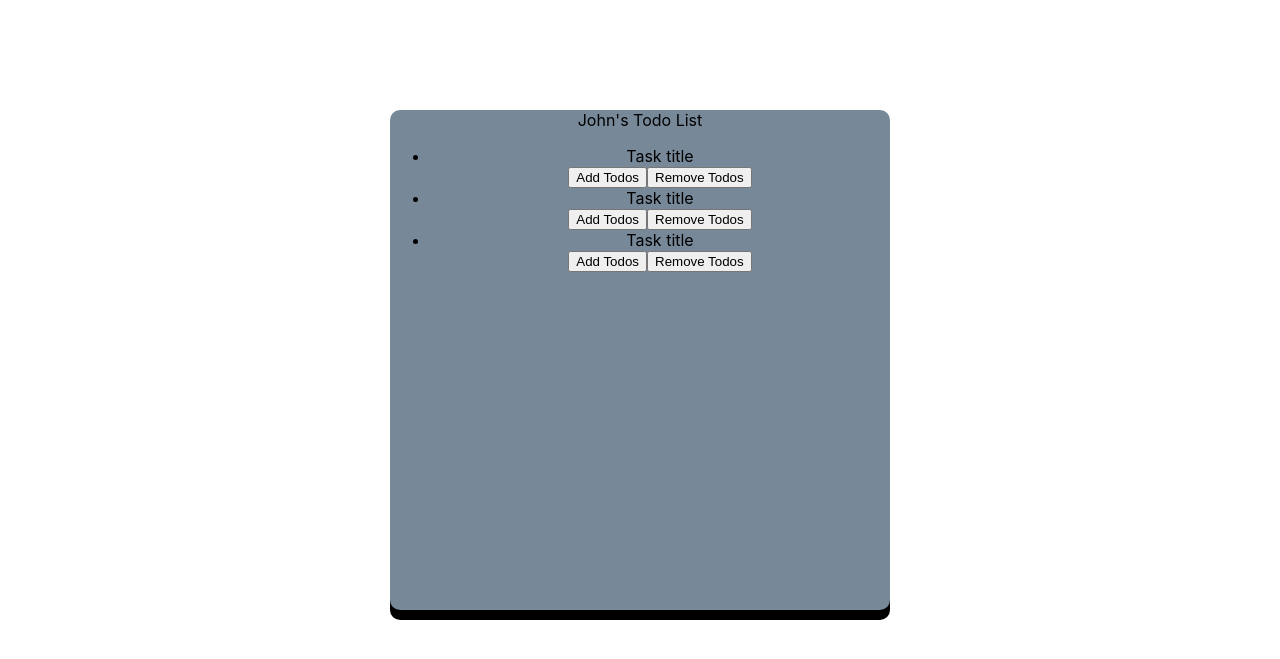
Repository: JohnKang0720/Simple-Todo-List
Page: /
These files come from the project's save history. The page is drawn as it stood at one moment and after the next save; the edit follows.
The browser window is 1280 px wide. The pictures show the whole page.
The project was rebuilt for these pictures with package versions that can differ from the ones it lists, and the page was loaded fresh each time.

Above is the page before, as saved 2021-05-24 21:19:07.

### src/App.js
import logo from './logo.svg';
import './App.css';
import TodoList from './TodoList'
import {taskContext} from './TodoList'
import React, {useContext, useState} from 'react'
import Todoform from './Todoform';


function App() {

  return (
    <TodoList >

    <div className="App">
     John's Todo List
   <Todoform />
    </div>
    </TodoList>

  );
}

export default App;

### src/App.css
.App {
  text-align: center;
}

.App-logo {
  height: 40vmin;
  pointer-events: none;
}

@media (prefers-reduced-motion: no-preference) {
  .App-logo {
    animation: App-logo-spin infinite 20s linear;
  }
}

.App-header {
  background-color: #282c34;
  min-height: 100vh;
  display: flex;
  flex-direction: column;
  align-items: center;
  justify-content: center;
  font-size: calc(10px + 2vmin);
  color: white;
}

.App-link {
  color: #61dafb;
}
body,html{
  width: 100%;
  height: 100%;
  display: flex;
  align-items: center;
  justify-content:center;
}
.App{
  background: lightslategray;
  width: 500px;
  height: 500px;
  position: relative;
  border-radius: 10px;
  box-shadow: 0px 10px;


}

@keyframes App-logo-spin {
  from {
    transform: rotate(0deg);
  }
  to {
    transform: rotate(360deg);
  }
}

### src/TodoList.js
import React, {useState, createContext} from 'react'
import Todoform from './Todoform'

export const taskContext = createContext(null)
const TodoList = (props) => {

 const [input, setInput] = useState([
  {task: "Read", id: 1},
  {task: "Dishes", id: 2},
  {task: "HW", id: 3}
 ])

 return(
    <taskContext.Provider value = {{input}}>
    {props.children}
    </taskContext.Provider>
 )
}

export default TodoList

### src/Todoform.js
import React, {useContext} from 'react'
import {taskContext} from './TodoList'
import List from './List'
function Todoform() {
    const {input} = useContext(taskContext)
    return (

        <ul>
            {input.map((task) => {
            return (

            <List />


            )
            })}
        </ul>

    )
}

export default Todoform

### src/List.js
import React from 'react'

function List() {
    return (
        <li>
            <span> Task title</span>
            <div>
                <button> Add Todos </button>
                <button> Remove Todos </button>
            </div>
        </li>

    )
}

export default List

Loaded but not shown: public/index.html (common file); src/index.js (common file); src/index.css (common file); src/reportWebVitals.js (common file)

After the next save:
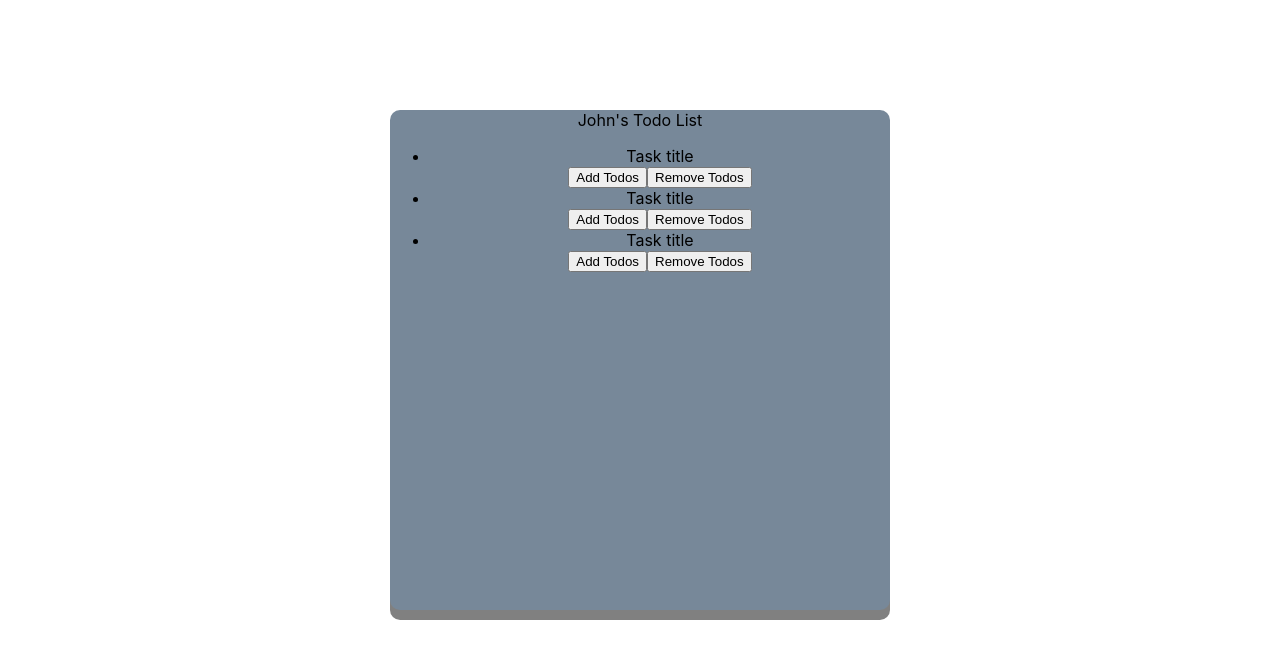
Saved 12 s later.
--- a/src/App.css
+++ b/src/App.css
@@ -40,7 +40,7 @@
   height: 500px;
   position: relative;
   border-radius: 10px;
-  box-shadow: 0px 10px;
+  box-shadow: 0px 10px gray;
 
 
 }

After the save that followed:
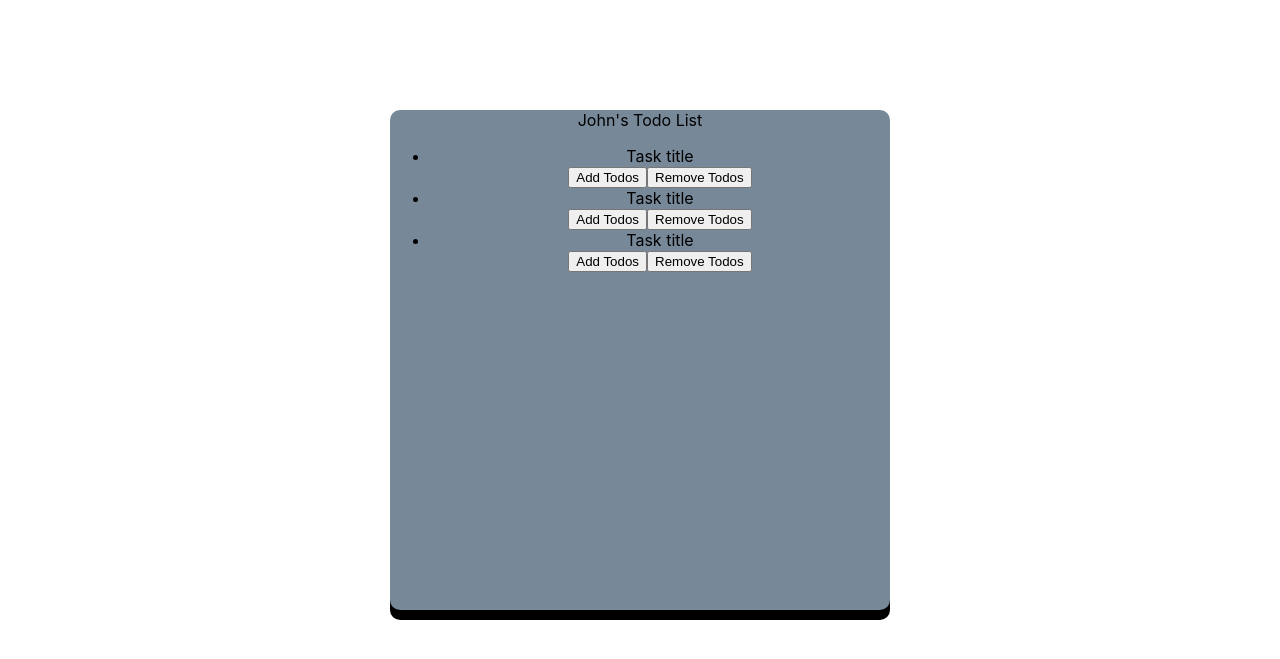
Saved 7 s later.
--- a/src/App.css
+++ b/src/App.css
@@ -40,7 +40,7 @@
   height: 500px;
   position: relative;
   border-radius: 10px;
-  box-shadow: 0px 10px gray;
+  box-shadow: 0px 10px;
 
 
 }
